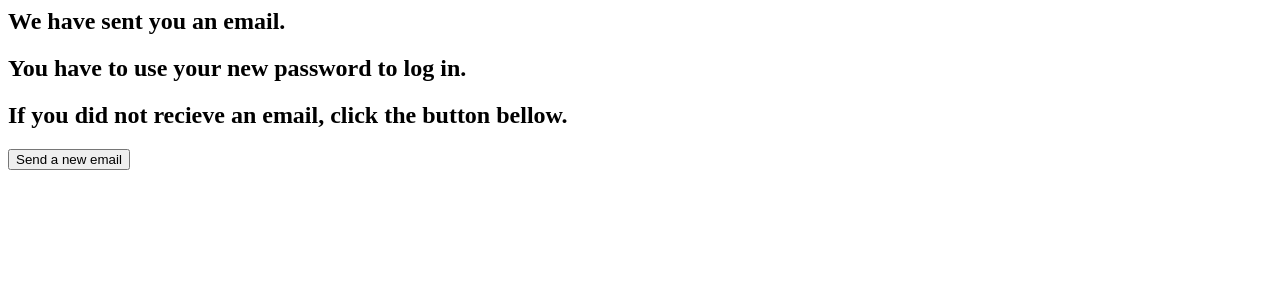
Repository: ciprianchistruga/project
Page: workspace/php/SignUpConfirmation.html
The author's editor kept a record of every edit. The page is drawn from the files as they stood at one moment, then again after the next edit.
The browser window is 1280 px wide. The pictures show the whole page.

Above is the page before.

### workspace/php/SignUpConfirmation.html
<section>
        <div class="col-md-offset-3">

            <h1 class="text-info">We have sent you an email.</h1>
            <h1 class="text-info">You have to use your new password to log in.</h1>
            <h1 class="text-info">If you did not recieve an email, click the button bellow.</h1>

            <div class="input-group-btn col-md-offset-2">
                    <button class="btn btn-default" type="submit" name="submit">Send a new email</button>
            </div>
        </div>
        <br/>
        <br/>
        <br/>
</section>

After the next edit:
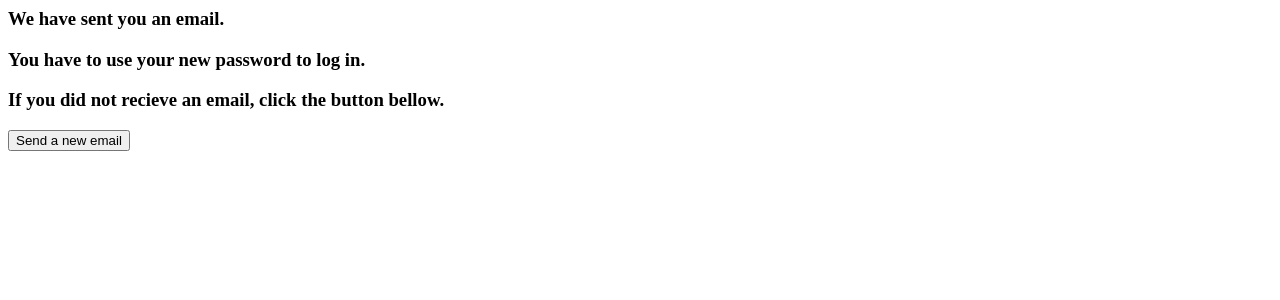
The edit:
--- a/workspace/php/SignUpConfirmation.html
+++ b/workspace/php/SignUpConfirmation.html
@@ -1,9 +1,9 @@
 <section>
         <div class="col-md-offset-3">
 
-            <h1 class="text-info">We have sent you an email.</h1>
-            <h1 class="text-info">You have to use your new password to log in.</h1>
-            <h1 class="text-info">If you did not recieve an email, click the button bellow.</h1>
+            <h3 class="text-info">We have sent you an email.</h1>
+            <h3 class="text-info">You have to use your new password to log in.</h1>
+            <h3 class="text-info">If you did not recieve an email, click the button bellow.</h1>
 
             <div class="input-group-btn col-md-offset-2">
                     <button class="btn btn-default" type="submit" name="submit">Send a new email</button>
